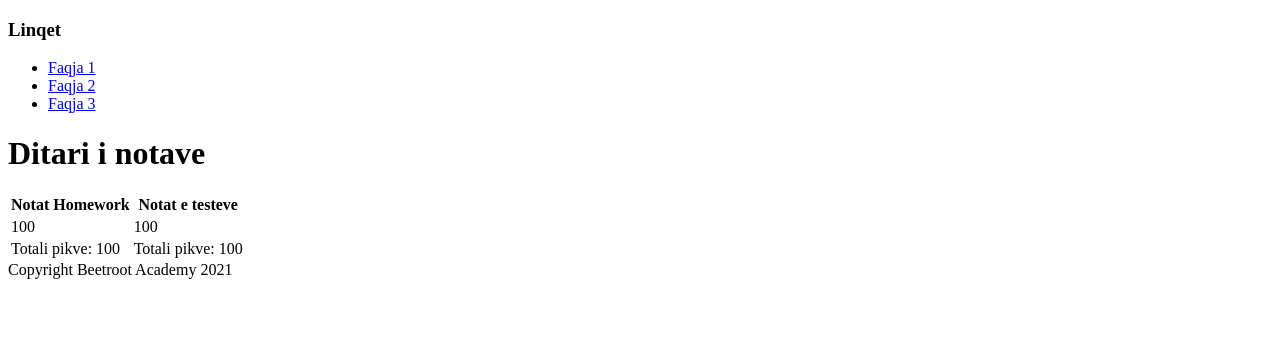
Repository: lendk/beetroot-fe-g1
Page: 02/index.html
An editor plug-in stored every save of this project. The page is shown before and after the next save, followed by the edit.
The browser window is 1280 px wide. The pictures show the whole page.

Above is the page before, as saved 2021-01-16 09:43:57.

### 02/index.html
<!DOCTYPE html>

<html>

<head>
  <title>Ligjerata 2/3 Html5</title>
</head>

<body>
  <header>
    <h3>Linqet</h3>
    <ul>
      <li><a href="#">Faqja 1</a></li>
      <li><a href="#">Faqja 2</a></li>
      <li><a href="#">Faqja 3</a></li>
    </ul>
  </header>
  <main>
    <h1>Ditari i notave</h1>
    <table>
      <thead>
        <tr>
          <th>Notat Homework</th>
          <th>Notat e testeve</th>
        </tr>
      </thead>
      <tbody>
        <tr>
          <td>100</td>
          <td>100</td>
        </tr>
      </tbody>
      <tfoot>
        <td>Totali pikve: 100</td>
        <td>Totali pikve: 100</td>
      </tfoot>
    </table>
  </main>
  <footer>
    <span>Copyright Beetroot Academy 2021</span>
  </footer>

</body>

</html>

After the next save:
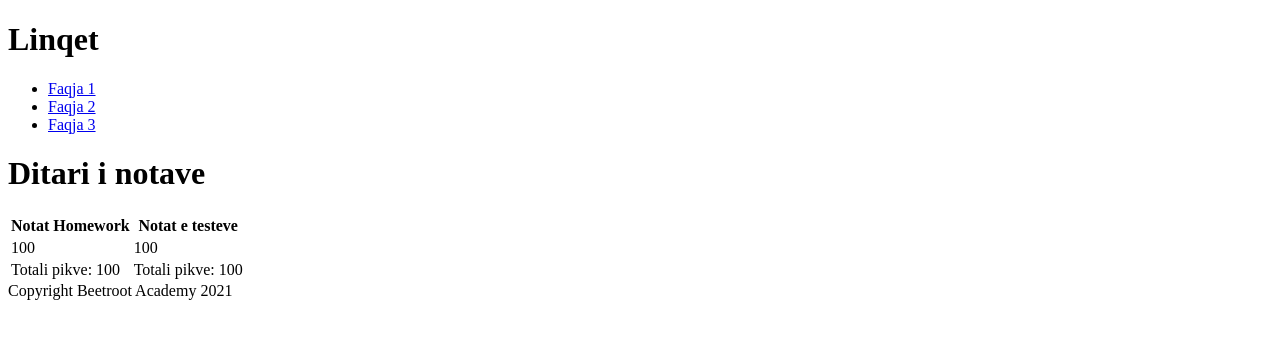
Saved 119 s later.
--- a/02/index.html
+++ b/02/index.html
@@ -8,7 +8,7 @@
 
 <body>
   <header>
-    <h3>Linqet</h3>
+    <h1>Linqet</h1>
     <ul>
       <li><a href="#">Faqja 1</a></li>
       <li><a href="#">Faqja 2</a></li>
